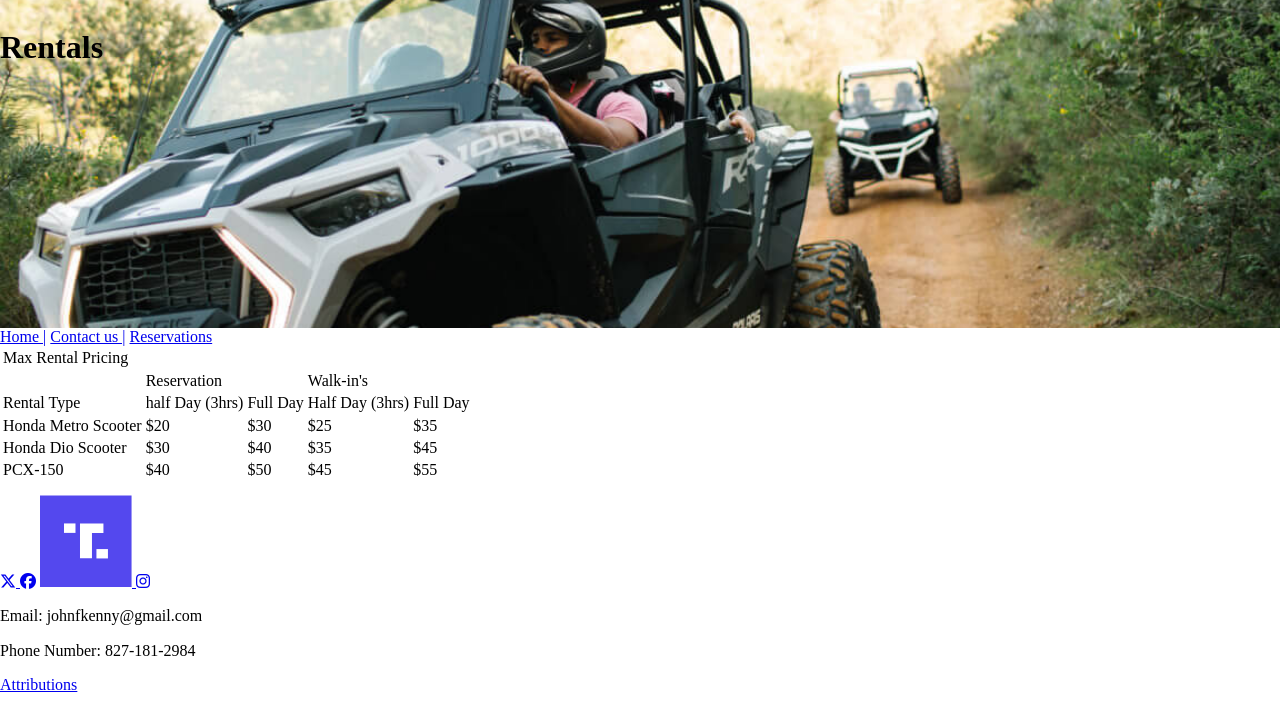
Repository: nak97/WDD230
Page: scoots/rentals-page/rentals-page.html
The author's editor kept a copy of each file at every save. The page is drawn from the files as they stood at one save, then again after the next save.
The browser window is 1280 px wide. The pictures show the whole page.
Some web libraries are served in a nearby version.

Above is the page before, as saved 2023-12-11 13:36:59.
Console error: TypeError: Cannot set properties of null (setting 'innerText')

### scoots/rentals-page/rentals-page.html
<!DOCTYPE html>
<html lang="en">
<head>
  <meta charset="UTF-8">
  <meta name="viewport" content="width=device-width, initial-scale=1.0">
  <title>Nick Keen - WDD 230 - Web Frontend Development</title>
  <meta name="description" content="WDD 230 - Nicholas Keen  - Web Frontend Final Project">
  <meta name="author" content="Nicholas Keen">
  <meta property="og:title" content="facebook"/>
  <meta property="og:type" content="website" />
  <meta property="og:url" content="facebook.com" />
  <meta property="og:image" content="images/facebook-meta-tag-pic.png" />
  <link rel="stylesheet" href="styles/base.css">
  <link rel="stylesheet" href="styles/media.css">
  <link rel="stylesheet" href="styles/normalize.css">
</head>
<body>

  <header>
<h1>Rentals</h1>
  </header>

  <nav>
<a href="../home-page/home.html">Home |</a>
<a href="../contact/contact.html">Contact us |</a>
<a href="../reservations/reservations.html">Reservations</a>
  </nav>

  <main>
    <table>
      <tbody>
        <tr> <td>  Max Rental Pricing</td></tr>
        <tr>
          <td></td>
          <td colspan="2"> Reservation</td>
          <td colspan="2">Walk-in's</td>
      </tr>

        <tr>
          <td>Rental Type</td>
          <td>half Day (3hrs)</td>
          <td>Full Day</td>
          <td>Half Day (3hrs)</td>
          <td>Full Day</td>
      </tr>
        <tr>
        <td>Honda Metro Scooter</td>
        <td><span id="price-half-metro"></span></td>
        <td><span id="price-f-metro"></span></td>
        <td><span id="price-h-w"> </span></td>
        <td id="price-f-w"> </td>
        <td></td>
      </tr>
        <tr>
          <td>Honda Dio Scooter</td>
          <td> <span id="dio-h-r"></span></td>
          <td> <span id="dio-f-r"></span></td>
          <td> <span id="dio-h-w"></span></td>
          <td> <span id="dio-f-w"></span></td>
          <td></td>
        </tr>
        <tr>
          <td>PCX-150</td>
          <td> <span id="pcx-h-r"></span></td>
          <td> <span id="pcx-f-r"></span></td>
          <td> <span id="pcx-h-w"></span></td>
          <td> <span id="pcx-f-w"></span></td>
        </tr>
        <tr>
          <td></td>
          <td></td>
          <td></td>
          <td></td>
          <td></td>
          <td></td>
        </tr>
        <tr>
          <td></td>
          <td></td>
          <td></td>
          <td></td>
          <td></td>
          <td></td>
        </tr>
        <tr>
        <td></td>
        <td></td>
        <td></td>
        <td></td>
        <td></td>
        <td></td>
        </tr>






      </tbody>





    </table>






















  </main>





<footer>

  <a href="https://twitter.com/" target="_blank" > <i class="fa-brands fa-x-twitter"></i> </a>
  <a href="https://www.facebook.com" target="_blank"><i class="fa-brands fa-facebook"></i></a>
  <a href="https://truthsocial.com/" target="_blank"> <img class="truth-social-icon" src="images/truth-social.svg" alt="truth social"> </a>
  <a href="https://www.instagram.com/" target="_blank"><i class="fa-brands fa-instagram"></i></a>

<section class="info">
<p>Email: johnfkenny@gmail.com</p>
<p>Phone Number: 827-181-2984</p>
<a href="attributions.html" target="_blank">Attributions</a>
</section>


</footer>



<script src="./scripts/pricing.js"></script>
<script src="https://kit.fontawesome.com/615002bc5f.js" crossorigin="anonymous"></script>
</body>


</html>

### scoots/rentals-page/styles/base.css
header {
  background-image: url(../images/OHV-SEO-1152x768.jpg);
  background-repeat: no-repeat;
  height: 20rem;
  background-position: 10% 67%;
  background-size: cover;
  margin-top: 0 ;
  padding-top: 0.5rem;
}

### scoots/rentals-page/scripts/pricing.js
const url = './data/pricing.json'
async function getPrice() {
 const response = await fetch(url);
 const data = await response.json();
//  console.log(data)

// metro scooter
 document.getElementById('price-half-metro').innerText = data.reservation[0].hd;
 document.getElementById('price-f-metro').innerText = data.reservation[0].fd ;
 document.getElementById('price-h-w').innerText = data.walk[0].hd;
 document.getElementById('price-f-w').innerText = data.walk[0].fd;

// dio scooter

 document.getElementById('dio-h-r').innerText = data.reservation[1].hd;
 document.getElementById('dio-f-r').innerText = data.reservation[1].fd;
 document.getElementById('dio-h-w').innerText = data.walk[1].hd;
 document.getElementById('dio-f-w').innerText = data.walk[1].fd;

//  pxc150

document.getElementById('pcx-h-r').innerText = data.reservation[2].hd;
document.getElementById('pcx-f-r').innerText = data.reservation[2].fd;
document.getElementById('pcx-h-w').innerText = data.walk[2].hd;
document.getElementById('pcx-f-w').innerText = data.walk[2].fd;


// pioneer
document.getElementById('pioneer-h-r').innerText = data.reservation[3].hd;
document.getElementById('pioneer-f-r').innerText = data.reservation[3].fd;
document.getElementById('pioneer-h-w').innerText = data.walk[3].hd;
document.getElementById('pioneer-f-w').innerText = data.walk[3].fd;










}
getPrice();

### scoots/rentals-page/data/pricing.json
{
  "reservation":[
      {
        "type": "Honda Metro Scooter ",
        "hd": "$20",
        "fd": "$30"
      },

      {
        "type": " Honda Dio Scooter",
        "hd": "$30 ",
        "fd": "$40 "
      },

      {
        "type": " Honda CX150 Scooter",
        "hd": "$40 ",
        "fd": "$50 "
      },


      {
        "type": " Honda Pioneer",
        "hd": "$50 ",
        "fd": "$70 "
      },

      {
        "type": " Jeep Wrangler - 4 door with a/c",
        "hd": "$70 ",
        "fd": "$100 "
      },

      {
        "type": " Jeep Wrangler - 2 door ",
        "hd": "$60 ",
        "fd": "$85 "
      }
  ],

  "walk":[
{
  "type": "Honda Metro Scooter ",
  "hd": "$25",
  "fd": "$35"
},

{
  "type": " Honda Dio Scooter",
  "hd": "$35 ",
  "fd": "$45 "
},

{
  "type": " Honda CX150 Scooter",
  "hd": "$45 ",
  "fd": "$55 "
},

{
  "type": " Honda Pioneer",
  "hd": "$60 ",
  "fd": "$80 "
},

{
  "type": " Jeep Wrangler - 4 door with a/c",
  "hd": "$85 ",
  "fd": "$125 "
},

{
  "type": " Jeep Wrangler - 2 door ",
  "hd": "$70 ",
  "fd": "$90 "
}

  ]
}

Loaded but not shown: scoots/rentals-page/styles/normalize.css (library); scoots/rentals-page/styles/media.css (no stored copy; drawn as an empty file)

After the next save:
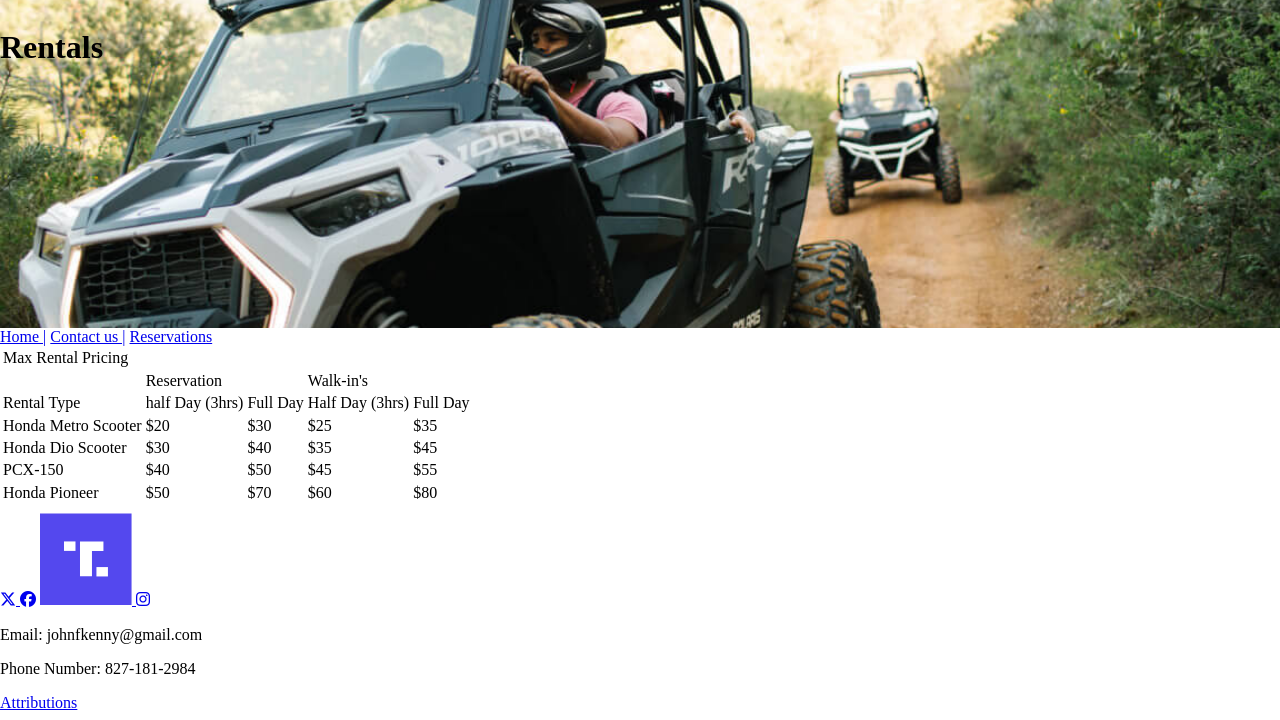
The error is gone.
Saved 56 s later.
--- a/scoots/rentals-page/rentals-page.html
+++ b/scoots/rentals-page/rentals-page.html
@@ -67,12 +67,11 @@
           <td> <span id="pcx-f-w"></span></td>
         </tr>
         <tr>
-          <td></td>
-          <td></td>
-          <td></td>
-          <td></td>
-          <td></td>
-          <td></td>
+          <td>Honda Pioneer</td>
+          <td> <span id="pioneer-h-r"></span></td>
+          <td> <span id="pioneer-f-r"></span></td>
+          <td> <span id="pioneer-h-w"></span></td>
+          <td> <span id="pioneer-f-w"></span></td>
         </tr>
         <tr>
           <td></td>
